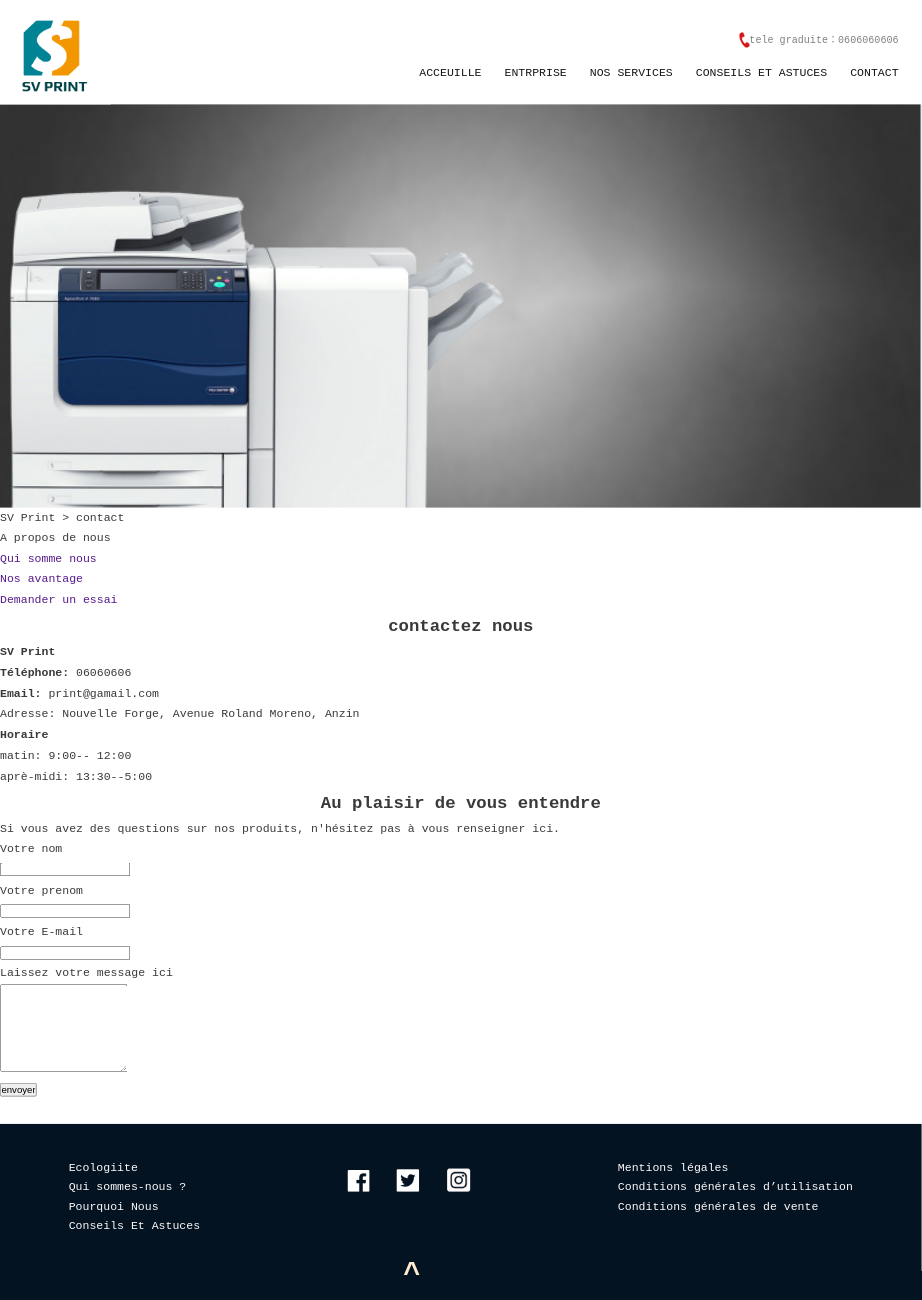
Repository: clairedupuich/sv_print
Page: index.html
An editor plug-in stored every save of this project. The page is shown before and after the next save, followed by the edit.
The browser window is 1280 px wide. The pictures show the whole page, at 72% of full size.

Above is the page before, as saved 2020-12-04 00:20:38.
Console error: TypeError: Cannot read properties of null (reading 'appendChild')

After the next save:
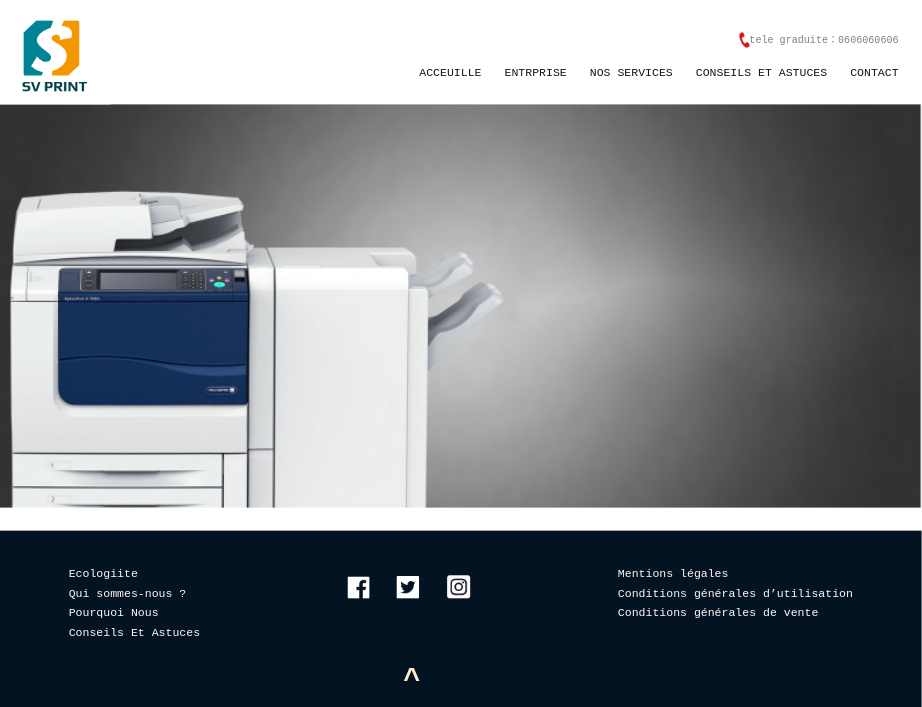
Saved 3 min 37 s later.
--- a/index.html
+++ b/index.html
@@ -69,73 +69,7 @@
 
 
 <main>
-  <div class="red">
-    <p>SV Print > contact</p>
-  </div>
-  <div class="container_cont">
-    <div class="left">
-      <div class="top">
-        <p class="titre">A propos de nous</p>
-        <div class="about_us">
-        <p class="li_left"><a href="">Qui somme nous</a></p>
-        <p class="li_left"><a href="">Nos avantage</a></p>
-        <p class="li_left"><a href="">Demander un essai</a></p>
-      </div>
-      </div>
-      <div class="bottom">
-        <h3 class="titre">contactez nous</h3>
-        <p class="adress">
-         <b>SV Print </b> <br>
-         <b>Téléphone:</b> 06060606
-        <br><b>Email:</b> print@gamail.com
-        <br>Adresse:</b> Nouvelle Forge, Avenue Roland Moreno, Anzin
 
-        <br><b>Horaire</b>
-        <br>matin: 9:00-- 12:00
-        <br>aprè-midi: 13:30--5:00
-        </p>
-      </div>
-    </div>
-
-    <div class="right" id="cont">
-      <div class="contact_head">
-      <h3 class="padding">Au plaisir de vous entendre</h3>
-      <p class="p_padding">Si vous avez des questions sur nos produits, n'hésitez pas à vous renseigner ici. </p>
-     </div>
-              <form action="formulaire.php" method="POST" class="contact-form ">
-
-                      <div class="form-nom form">
-                          <label for="f-nom" class="fln nom">Votre   nom</label>
-                        <br>  <input type="text" name="f-nom" id="f-nom" class="name"
-                              required>
-                      </div>
-                      <div class="form-prenom form">
-                        <label for="f-prenom" class="fln prenom">Votre prenom</label>
-                       <br> <input type="text" name="prenom" id="prenom" class="name"
-                            required>
-                    </div>
-
-                      <div class="form-emil form">
-                          <label for="f-email" class="fln email">Votre  E-mail</label>
-                        <br>  <input type="email" name="f-email" id="f-email"
-                              class="name email" required>
-                      </div>
-
-
-                  <div class="form-message form">
-                      <label for="f-message" class="fml">Laissez votre message ici</label> <br>
-                      <textarea name="f-message" id="f-message" rows="8" class="textarea"
-                          required></textarea>
-                  </div>
-                  <div class="contact-submit">
-
-                      <input type="submit" value="envoyer" class="submit">
-
-                  </div>
-              </form>
-
-    </div>
-  </div>
 </main>
 
 

After the save that followed:
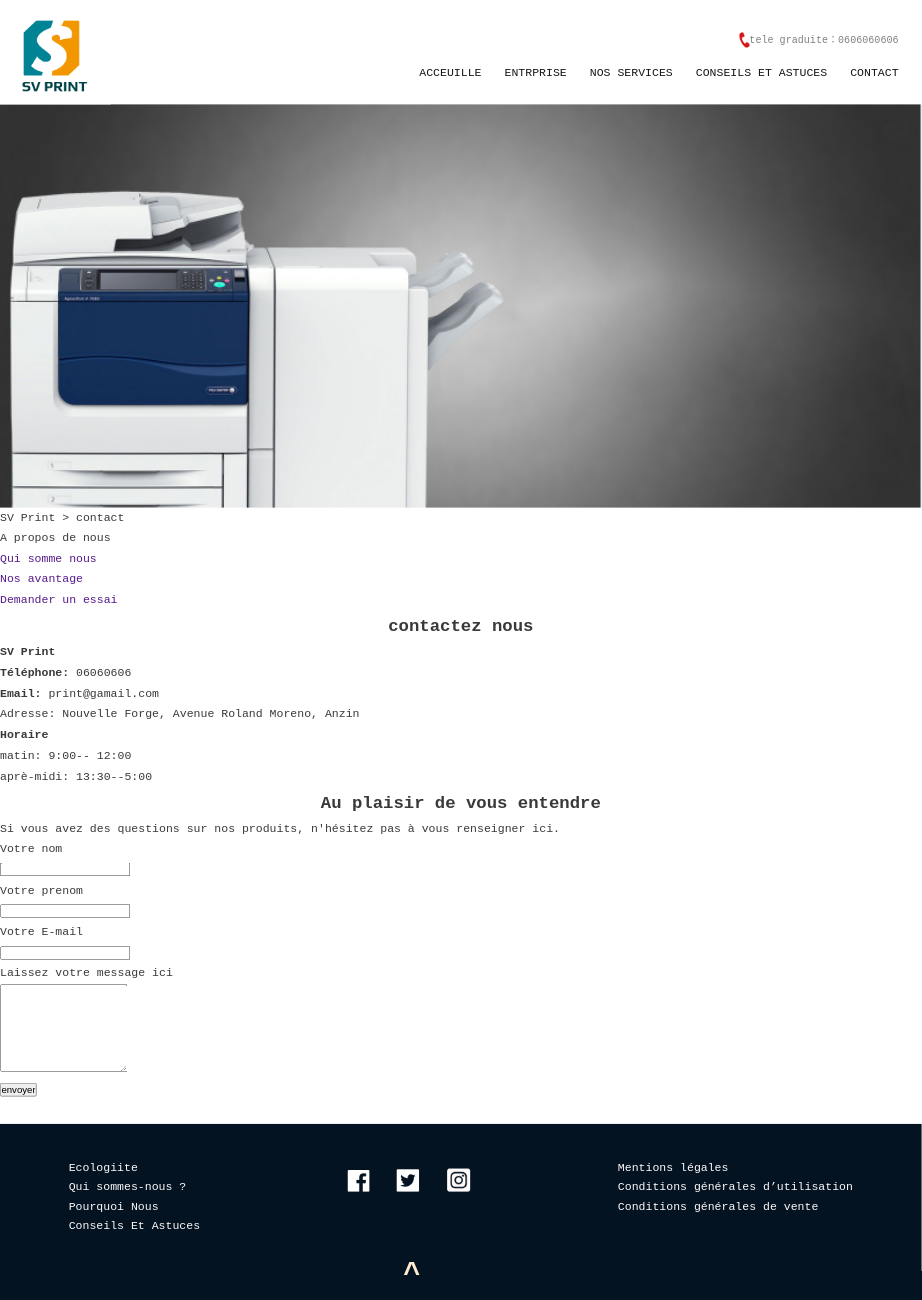
Saved 7 s later.
--- a/index.html
+++ b/index.html
@@ -69,7 +69,73 @@
 
 
 <main>
+  <div class="red">
+    <p>SV Print > contact</p>
+  </div>
+  <div class="container_cont">
+    <div class="left">
+      <div class="top">
+        <p class="titre">A propos de nous</p>
+        <div class="about_us">
+        <p class="li_left"><a href="">Qui somme nous</a></p>
+        <p class="li_left"><a href="">Nos avantage</a></p>
+        <p class="li_left"><a href="">Demander un essai</a></p>
+      </div>
+      </div>
+      <div class="bottom">
+        <h3 class="titre">contactez nous</h3>
+        <p class="adress">
+         <b>SV Print </b> <br>
+         <b>Téléphone:</b> 06060606
+        <br><b>Email:</b> print@gamail.com
+        <br>Adresse:</b> Nouvelle Forge, Avenue Roland Moreno, Anzin
 
+        <br><b>Horaire</b>
+        <br>matin: 9:00-- 12:00
+        <br>aprè-midi: 13:30--5:00
+        </p>
+      </div>
+    </div>
+
+    <div class="right" id="cont">
+      <div class="contact_head">
+      <h3 class="padding">Au plaisir de vous entendre</h3>
+      <p class="p_padding">Si vous avez des questions sur nos produits, n'hésitez pas à vous renseigner ici. </p>
+     </div>
+              <form action="formulaire.php" method="POST" class="contact-form ">
+
+                      <div class="form-nom form">
+                          <label for="f-nom" class="fln nom">Votre   nom</label>
+                        <br>  <input type="text" name="f-nom" id="f-nom" class="name"
+                              required>
+                      </div>
+                      <div class="form-prenom form">
+                        <label for="f-prenom" class="fln prenom">Votre prenom</label>
+                       <br> <input type="text" name="prenom" id="prenom" class="name"
+                            required>
+                    </div>
+
+                      <div class="form-emil form">
+                          <label for="f-email" class="fln email">Votre  E-mail</label>
+                        <br>  <input type="email" name="f-email" id="f-email"
+                              class="name email" required>
+                      </div>
+
+
+                  <div class="form-message form">
+                      <label for="f-message" class="fml">Laissez votre message ici</label> <br>
+                      <textarea name="f-message" id="f-message" rows="8" class="textarea"
+                          required></textarea>
+                  </div>
+                  <div class="contact-submit">
+
+                      <input type="submit" value="envoyer" class="submit">
+
+                  </div>
+              </form>
+
+    </div>
+  </div>
 </main>
 
 
